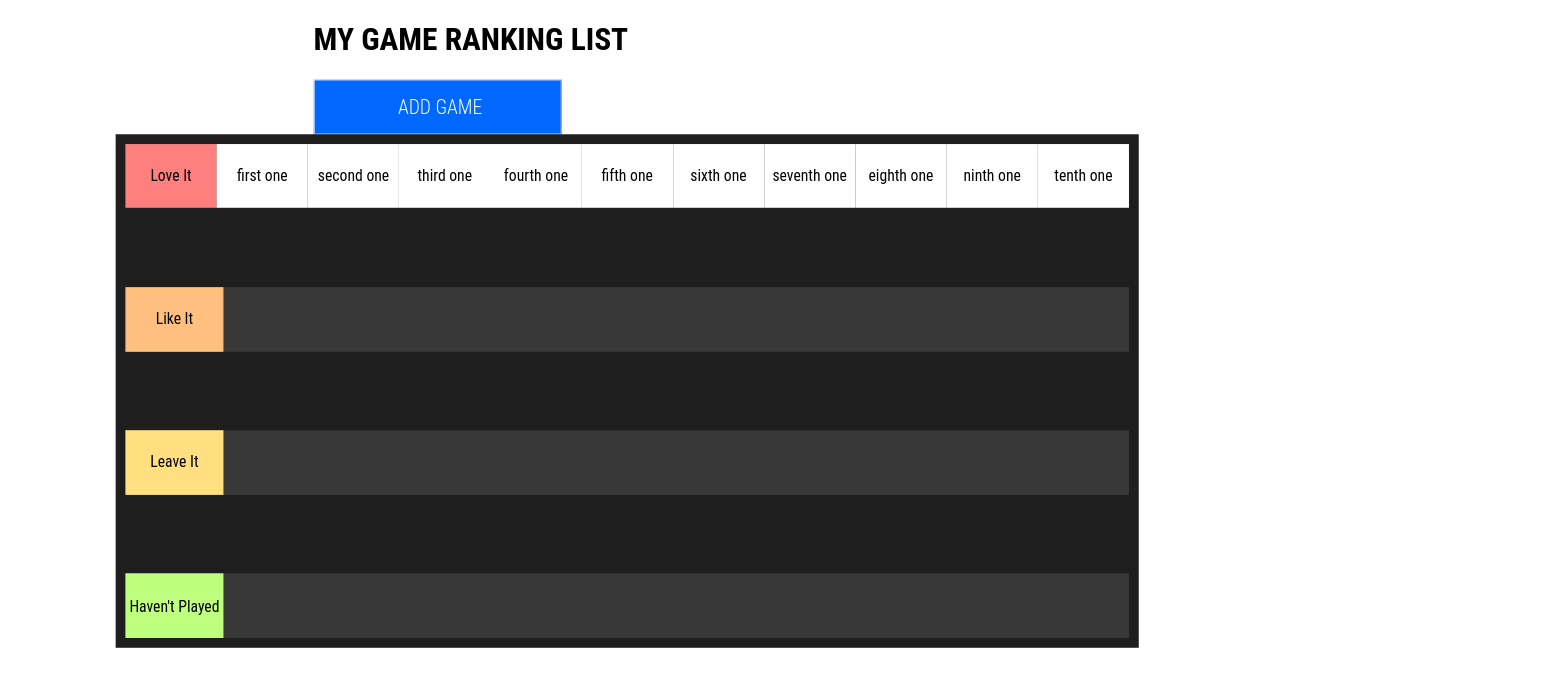
Repository: akiachenise/akiachenise.github.io
Page: JackboxGames_TierList_vanilla/index.html
The author's editor kept a copy of each file at every save. The page is drawn from the files as they stood at one save, then again after the next save.
The browser window is 1280 px wide. The page is 1600 px wide, so the pictures cover 1600 px, including what lies to the right of the window. The pictures show the whole page, at 98% of full size.

Above is the page before, as saved 2022-11-26 17:48:01.

### JackboxGames_TierList_vanilla/index.html
<!DOCTYPE html>
<!--[if lt IE 7]>      <html class="no-js lt-ie9 lt-ie8 lt-ie7"> <![endif]-->
<!--[if IE 7]>         <html class="no-js lt-ie9 lt-ie8"> <![endif]-->
<!--[if IE 8]>         <html class="no-js lt-ie9"> <![endif]-->
<!--[if gt IE 8]>      <html class="no-js"> <!--<![endif]-->
<html lang="en-US">
  <head>
    <meta charset="utf-8" />
    <meta http-equiv="X-UA-Compatible" content="IE=edge" />
    <title>My Game Ranking List</title>
    <meta name="description" content="My Game Ranking" />
    <meta name="viewport" content="width=device-width, initial-scale=1" />
    <link rel="stylesheet" type="text/css" href="css/stylesheet.css" />
    <link rel="stylesheet" href="https://fonts.googleapis.com/css2?family=Roboto&display=swap">
  </head>
  <body>
    <!--[if lt IE 7]>
      <p class="browsehappy">
        You are using an <strong>outdated</strong> browser. Please
        <a href="#">upgrade your browser</a> to improve your experience.
      </p>
    <![endif]-->
    <span class="headerContainer">
        <h1>My Game Ranking List</h1>
        <button id="addCard" class="add">Add Game</button>
    </span>
    <div id="board">
        <div class = "row">
            <div class = "label">Love It</div>
            <div class="card" id="first" draggable="true">first one</div>
            <div class="card" id="second" draggable="true">second one</div>
            <div class="card" id="third" draggable="true">third one</div>
            <div class="card" id="fourth" draggable="true">fourth one</div>
            <div class="card" id="fifth" draggable="true">fifth one</div>
            <div class="card" id="sixth" draggable="true">sixth one</div>
            <div class="card" id="seventh" draggable="true">seventh one</div>
            <div class="card" id="eighth" draggable="true">eighth one</div>
            <div class="card" id="ninth" draggable="true">ninth one</div>
            <div class="card" id="ninth" draggable="true">tenth one</div>

        </div>
        <div class = "row">
            <div class = "label">Like It</div>
        </div>
        <div class = "row">
            <div class = "label">Leave It</div>
        </div>
        <div class = "row">
            <div class = "label">Haven't Played</div>
        </div>

    </div>


    <script src="js/cards.js" async defer></script>
    <script src="js/rows.js" async defer></script>
  </body>
</html>

### JackboxGames_TierList_vanilla/css/stylesheet.css
body {
    font-family: 'Roboto Condensed', Sans-serif;
    margin: 0;
    display: flex;
    flex-direction: column;
    align-items: center;
    justify-content: center;
}

.headerContainer {
    display: block;
    width: 100vw;
    align-items: center;
    padding-left: 40rem;

}

h1 {
    text-transform: uppercase;
}
button {
    font-family: 'Roboto Condensed', Sans-serif;
    font-weight: 100;
    font-size: 20px;
    text-transform: uppercase;
    border-width: 1px 1px 1px 1px;
    border-radius: 0px 0px 0px 0px;
    border-color: white;
    color: white;
    background: rgba(0,103,255,1);
    padding: 15px 80px 15px 85px;




}

#board {
    display: flex;
    flex-direction: column;
    align-items: center;
    justify-content: space-between;
    padding: 10px;
    width: 80vw;
    height: 70vh;
    background-color: rgb(30, 30, 30);
}

.row {
    display: flex;
    width: 100%;
    height: 13%;
    background-color: rgb(56, 56, 56);
}

.label {
    display: flex;
    justify-content: center;
    align-items: center;
    height: 100%;
    width: 100px;
    background-color: orange;
}

.card {
    height: 100%;
    width: 100px;
    display: flex;
    justify-content: center;
    align-items: center;
    background-color: white;
}

### JackboxGames_TierList_vanilla/js/cards.js
const cards = document.querySelectorAll('.card');

const onDragStart = (event) => {
    console.log('dragging the element');
    event.dataTransfer.setData('id', event.target.id);
    setTimeout(() => {
        event.target.style.visibility = 'hidden';
    }, 50)
}

const onDragEnd = (event) => {
    event.target.style.visibility = 'visible';
    console.log('ended the drag');
}

cards.forEach((card) => {
    card.ondragstart = onDragStart;
    card.ondragend = onDragEnd;


})

### JackboxGames_TierList_vanilla/js/rows.js
const rows = document.querySelectorAll('.row');
const colorRanks = ['rgb(255, 127, 127)', 'rgb(255, 191, 127)', 'rgb(255, 223, 127)' , 'rgb(191, 255, 127)'];

const onDragOver = (event) => {
    event.preventDefault();
}

const onDrop = (event) => {
   event.preventDefault();
   const draggedCardId = event.dataTransfer.getData('id');
   const draggedCard = document.getElementById(draggedCardId);
   event.target.appendChild(draggedCard);
   console.log('dropped the element');
}

rows.forEach((row, index) => {
    const label = row.querySelector('.label');
    label.style.backgroundColor = colorRanks[index];
    row.ondragover = onDragOver;
    row.ondrop = onDrop;
})

After the next save:
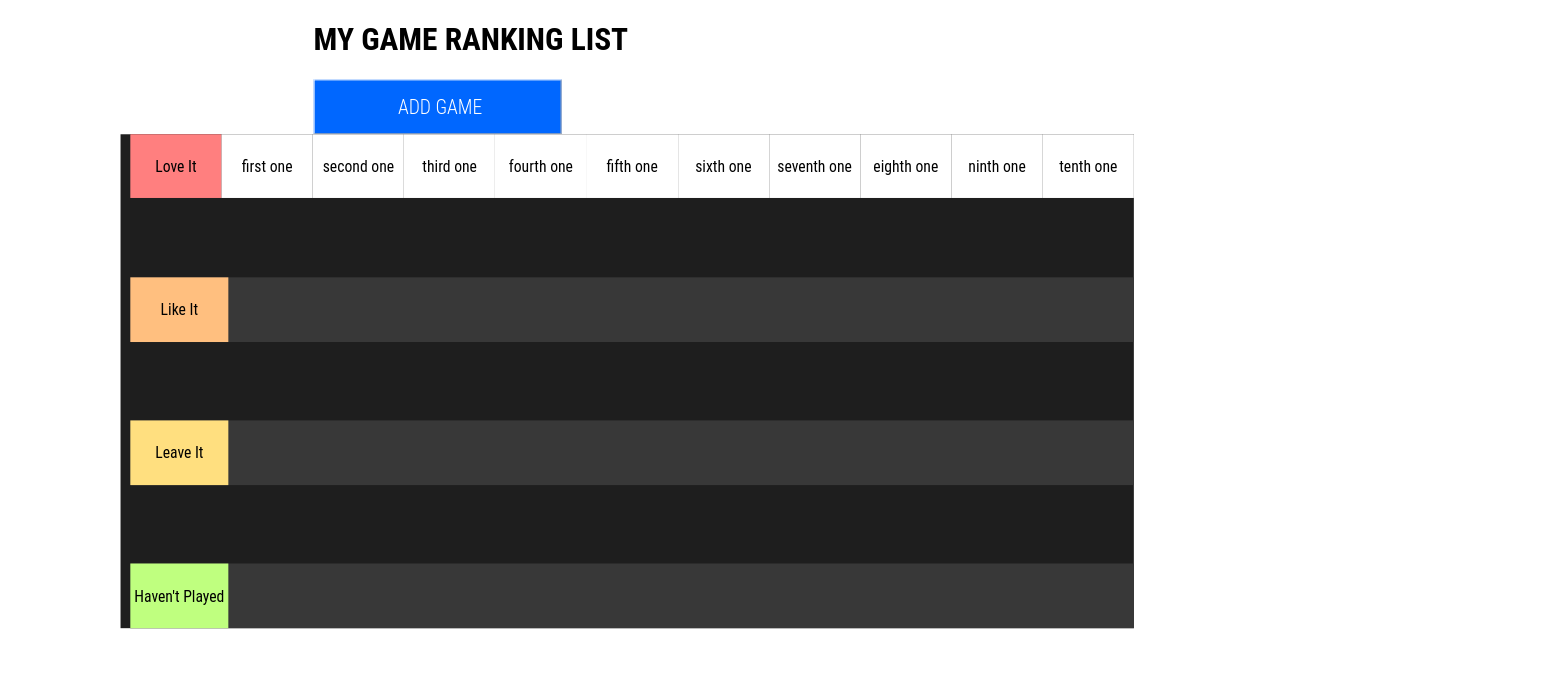
Saved 32 s later.
--- a/JackboxGames_TierList_vanilla/css/stylesheet.css
+++ b/JackboxGames_TierList_vanilla/css/stylesheet.css
@@ -40,7 +40,7 @@
     flex-direction: column;
     align-items: center;
     justify-content: space-between;
-    padding: 10px;
+    padding-left: 10px;
     width: 80vw;
     height: 70vh;
     background-color: rgb(30, 30, 30);

After the save that followed:
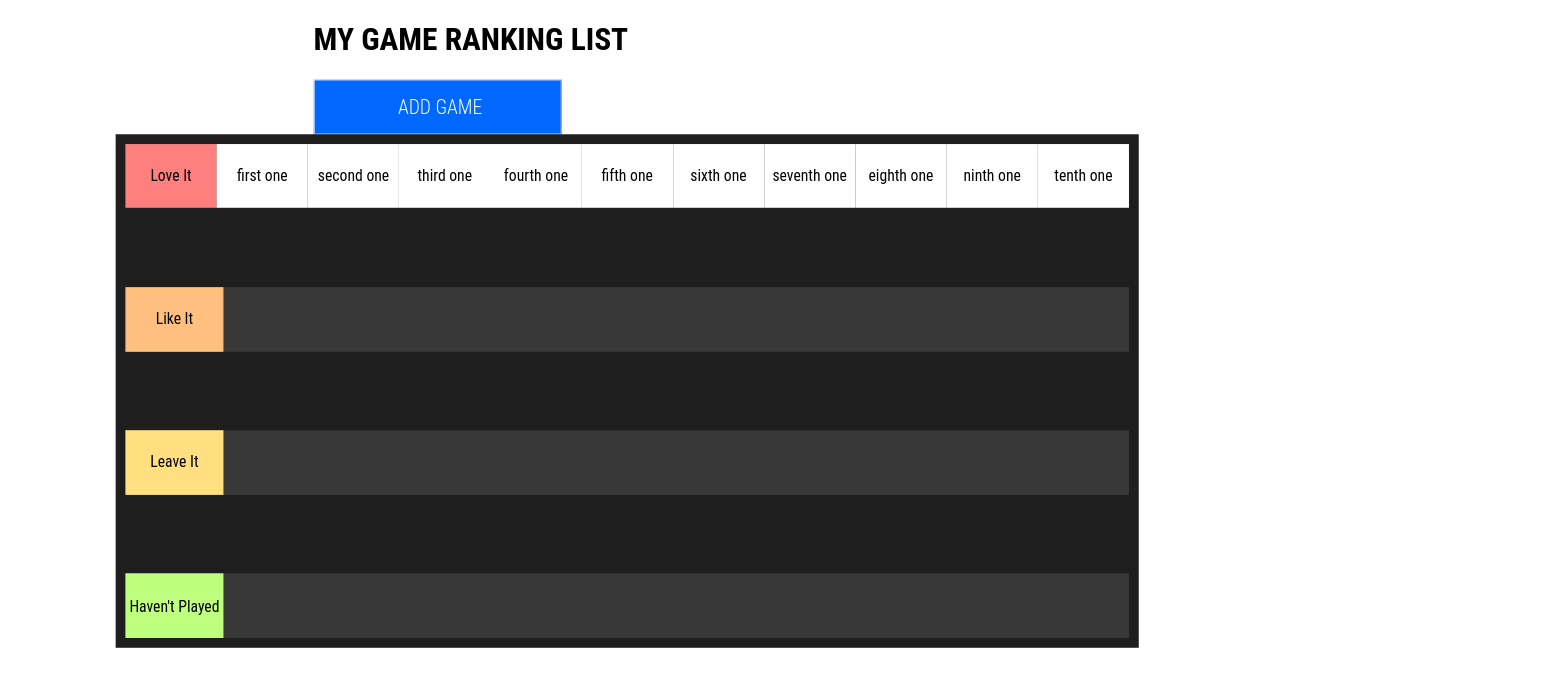
Saved 10 s later.
--- a/JackboxGames_TierList_vanilla/css/stylesheet.css
+++ b/JackboxGames_TierList_vanilla/css/stylesheet.css
@@ -32,7 +32,6 @@
 
 
 
-
 }
 
 #board {
@@ -40,7 +39,7 @@
     flex-direction: column;
     align-items: center;
     justify-content: space-between;
-    padding-left: 10px;
+    padding: 10px;
     width: 80vw;
     height: 70vh;
     background-color: rgb(30, 30, 30);
